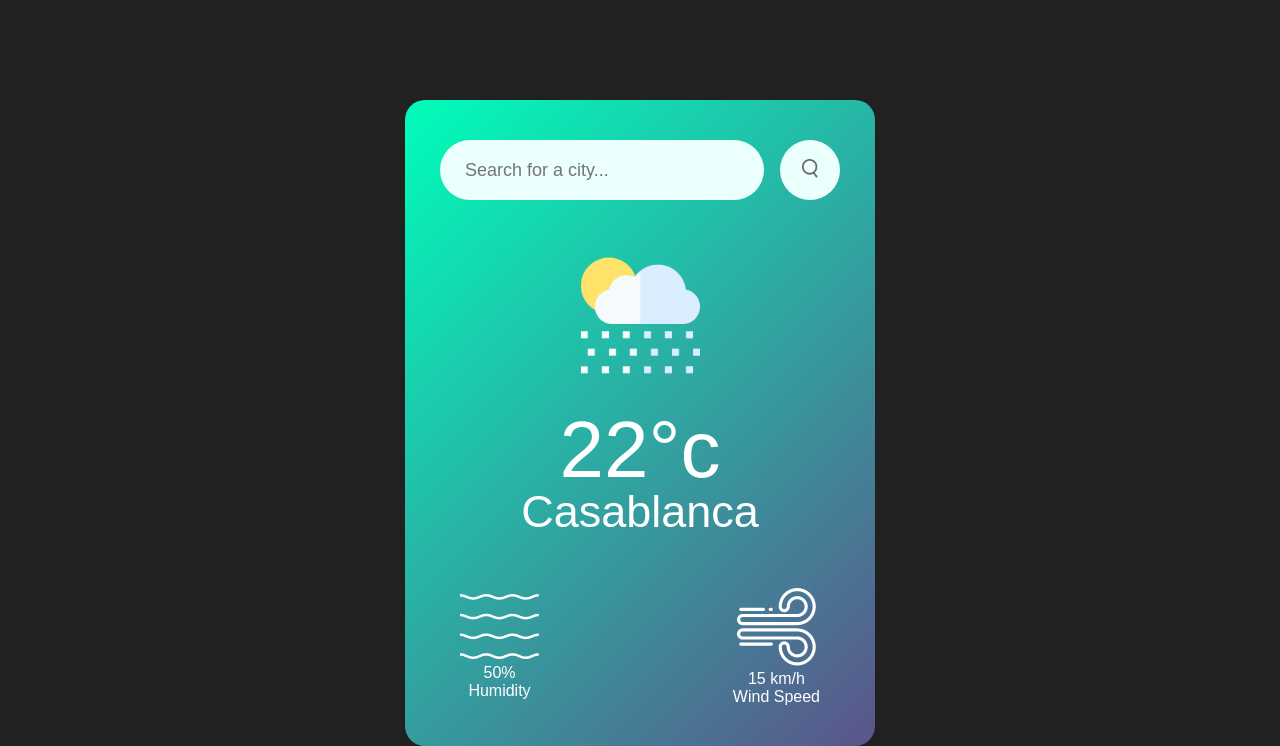
Repository: Abdelilah-Lakrim/Weather-App
Page: index.html
These files come from the project's save history. The page is drawn as it stood at one moment and after a run of saves; the edit follows.
The browser window is 1280 px wide. The pictures show the whole page.

Above is the page before, as saved 2025-06-17 11:18:00.

After the next 2 saves:
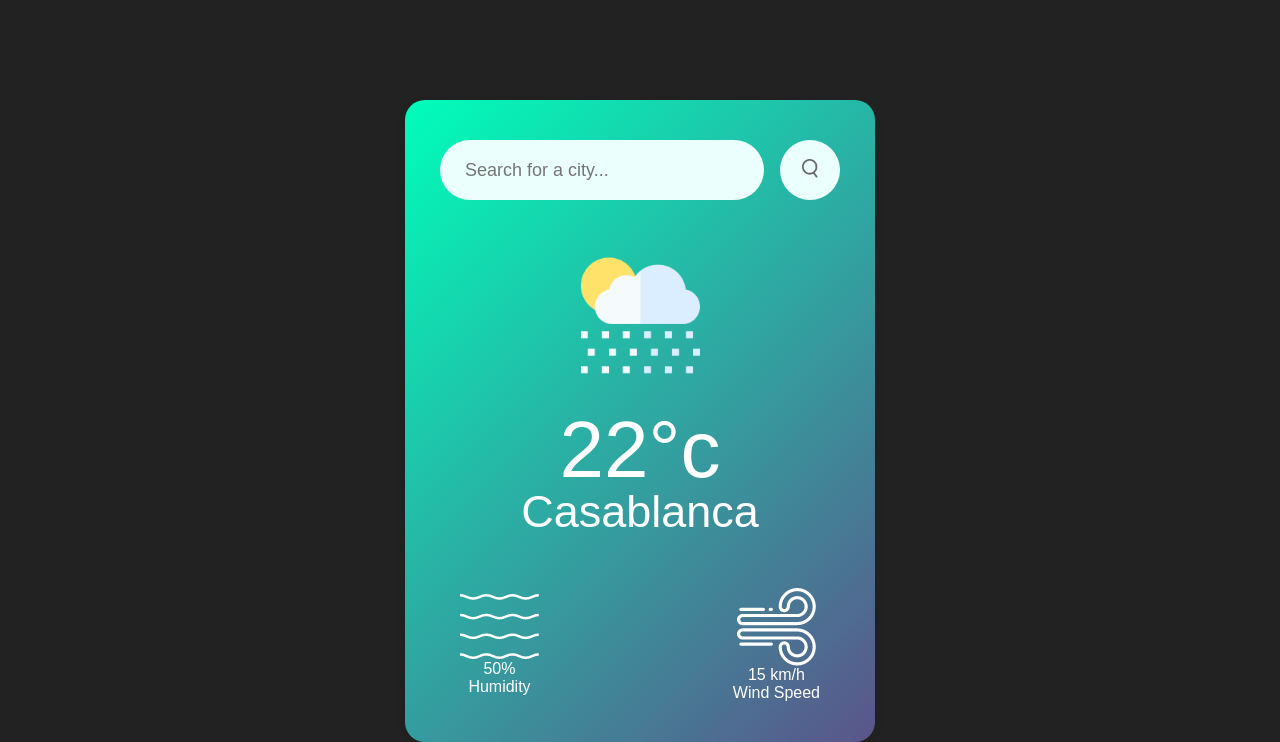
The 2 saves are shown as one change because they came seconds apart.
The last was saved 12 s later.
--- a/style.css
+++ b/style.css
@@ -77,3 +77,9 @@ body{
     margin-top: 50px;
     padding: 0 20px;
 }
+.col{
+    display: flex;
+    flex-direction: column;
+    align-items: center;
+    justify-content: center;
+}
